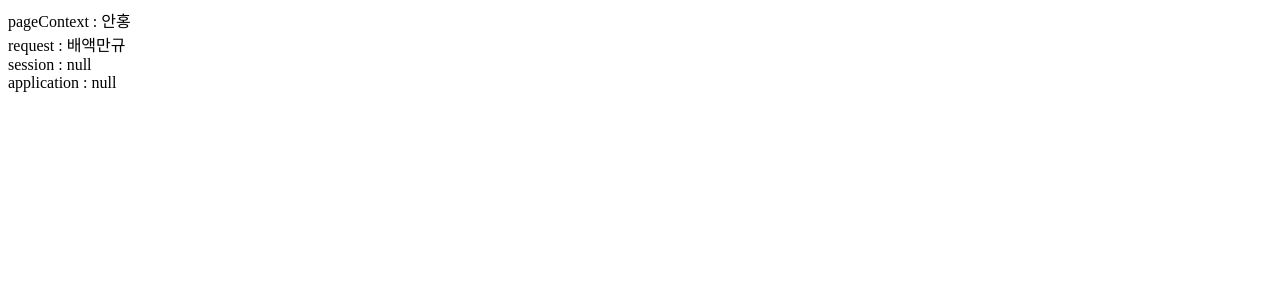
Repository: gitgw016/jsp
Page: http://localhost/09_scope/attrTest4.jsp
The author's editor kept a copy of each file at every save. The page is drawn from the files as they stood at one save, then again after the next save.
The browser window is 1280 px wide. The pictures show the whole page.
The page is served by Tomcat 9.

Above is the page before, as saved 2021-12-08 07:07:57.

### 09_scope/src/main/webapp/attrTest4.jsp
<%@ page language="java" contentType="text/html; charset=UTF-8"
    pageEncoding="UTF-8"%>
<!DOCTYPE html>
<html>
<head>
<meta charset="UTF-8">
<title>attrTest4.jsp</title>
</head>
<body>
	<%
		pageContext.setAttribute("aaa", "안홍");
		request.setAttribute("bbb", "배액만규");
	%>
	pageContext : <%=pageContext.getAttribute("aaa") %><br/>
	request : <%=request.getAttribute("bbb") %><br/>
	session : <%=session.getAttribute("email") %><br/>
	application : <%=application.getAttribute("id") %><br/>

	<%
		RequestDispatcher rd = request.getRequestDispatcher("attrResult.jsp");
	%>
	<!-- <a href="attrResult.jsp">결과 확인</a> -->
</body>
</html>

### 09_scope/src/main/webapp/attrResult.jsp
<%@ page language="java" contentType="text/html; charset=UTF-8"
    pageEncoding="UTF-8"%>
<!DOCTYPE html>
<html>
<head>
<meta charset="UTF-8">
<title>attrResult.jsp</title>
</head>
<body>
	pageContext : <%=pageContext.getAttribute("aaa") %><br/>
	request : <%=request.getAttribute("bbb") %><br/>
	session : <%=session.getAttribute("email") %><br/>
	application : <%=application.getAttribute("id") %><br/>
</body>
</html>

After the next save:
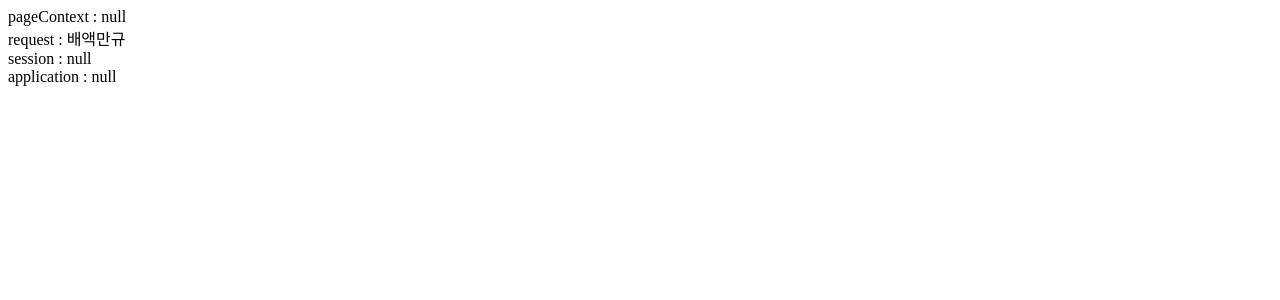
Saved 15 s later.
--- a/09_scope/src/main/webapp/attrTest4.jsp
+++ b/09_scope/src/main/webapp/attrTest4.jsp
@@ -18,6 +18,7 @@
 
 	<%
 		RequestDispatcher rd = request.getRequestDispatcher("attrResult.jsp");
+		rd.forward(request,response);
 	%>
 	<!-- <a href="attrResult.jsp">결과 확인</a> -->
 </body>
